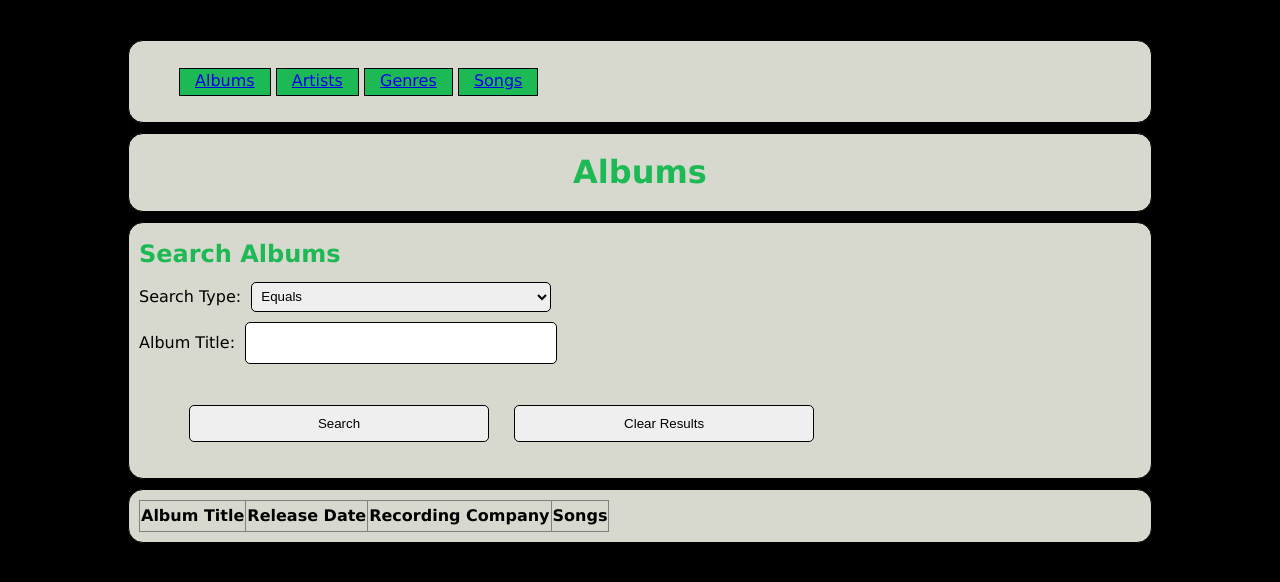
Repository: RRGTHWAR/bkg16_INFSCI1017
Page: bkg16_Music_FinalProject/WebContent/album.html
An editor plug-in stored every save of this project. The page is shown before and after the next save, followed by the edit.
The browser window is 1280 px wide. The pictures show the whole page.

Above is the page before, as saved 2019-04-14 13:46:56.

After the next save:
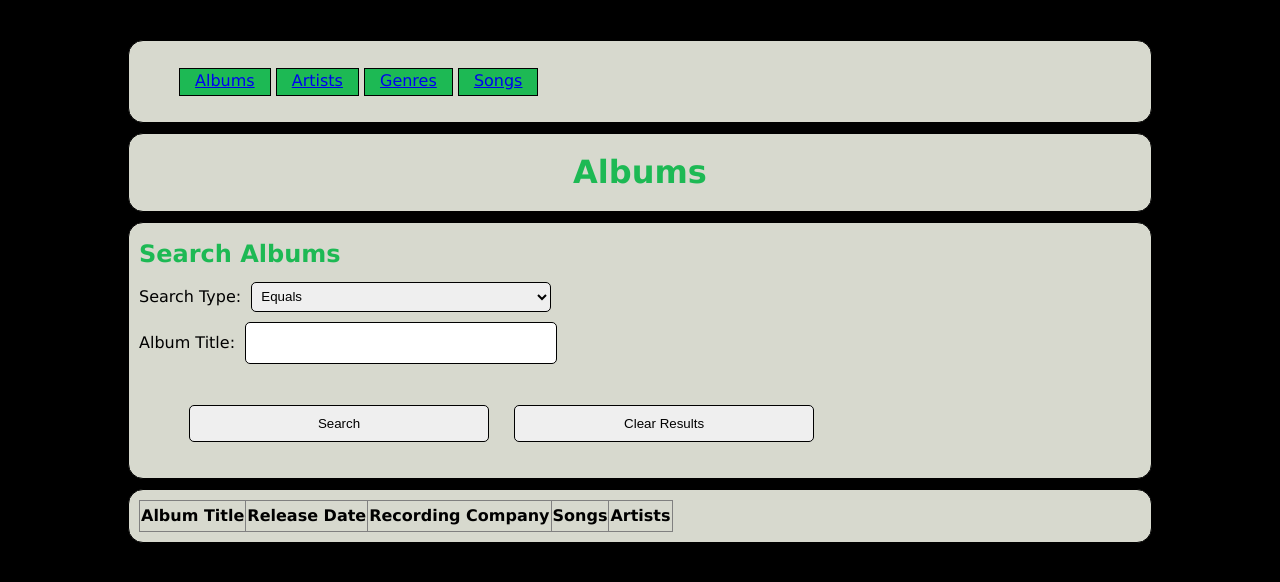
Saved 13 s later.
--- a/bkg16_Music_FinalProject/WebContent/album.html
+++ b/bkg16_Music_FinalProject/WebContent/album.html
@@ -46,6 +46,7 @@
 				<th>Release Date</th>
 				<th>Recording Company</th>
 				<th>Songs</th>
+				<th>Artists</th>
 			</tr>
 		</table>
 	</div>
